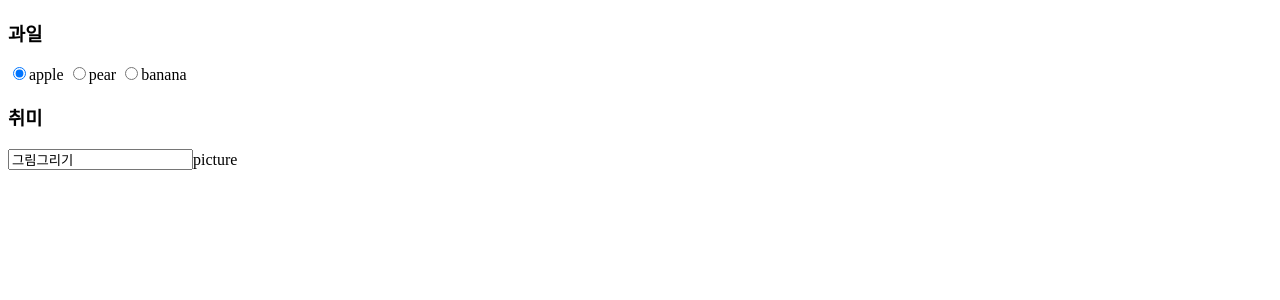
Repository: suhong99/servletLecture
Page: sample04/src/main/webapp/index.html
An editor plug-in stored every save of this project. The page is shown before and after the next save, followed by the edit.
The browser window is 1280 px wide. The pictures show the whole page.

Above is the page before, as saved 2023-06-27 04:26:45.

### sample04/src/main/webapp/index.html
<!DOCTYPE html>
<html>
<head>
<meta charset="UTF-8">
<title>Insert title here</title>
</head>
<body>
<h3>과일</h3>

<input type="radio" name="fruit" value="사과" checked>apple
<input type="radio" name="fruit" value="배">pear
<input type="radio" name="fruit" value="바나나">banana


<h3>취미</h3>

<input type="text" name="hobby" value="그림그리기">picture
</body>
</html>

After the next save:
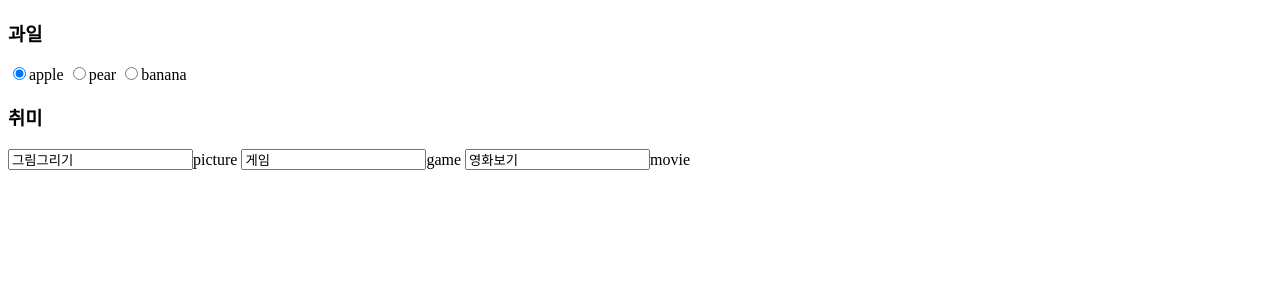
Saved 44 s later.
--- a/sample04/src/main/webapp/index.html
+++ b/sample04/src/main/webapp/index.html
@@ -15,5 +15,8 @@
 <h3>취미</h3>
 
 <input type="text" name="hobby" value="그림그리기">picture
+<input type="text" name="hobby" value="게임">game
+<input type="text" name="hobby" value="영화보기">movie
+
 </body>
 </html>
